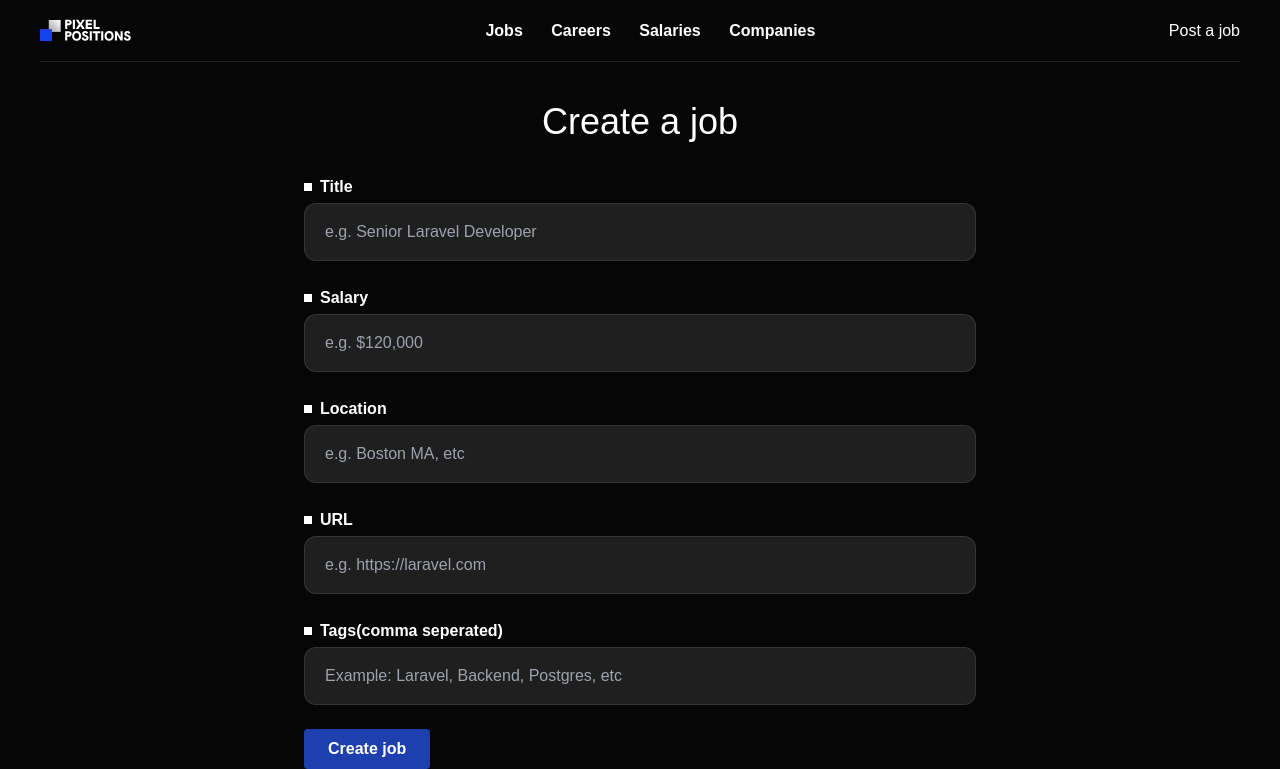
Repository: aggepap/pixel-positions-laravel
Page: http://localhost/jobs/create
An editor plug-in stored every save of this project. The page is shown before and after the next save, followed by the edit.
The browser window is 1280 px wide. The pictures show the whole page.
Some web fonts or font styles are not loaded; a fallback is used. The page is served by the project's Laravel application, run on PHP 8.4 with Laravel 12. A made-up administrator, Test User (test@example.com), is signed in. Other server files are loaded and not shown. Style sheets and scripts are compiled from the project's sources, by tool versions that may differ from the author's.

Above is the page before, as saved 2025-02-22 23:18:37.

### routes/web.php
<?php

use App\Http\Controllers\AuthenticatedSessionController;
use App\Http\Controllers\JobController;
use App\Http\Controllers\RegisteredUserController;
use App\Http\Controllers\SearchController;
use App\Http\Controllers\TagController;
use Illuminate\Support\Facades\Route;

Route::get('/', [JobController::class, 'index'])->name('home');

Route::get('/jobs/create', [JobController::class, 'create'])->middleware('auth');
Route::post('/jobs', [JobController::class, 'store'])->middleware('auth');

Route::get('/search', SearchController::class);
Route::get('/tags/{tag:name}', TagController::class);

Route::middleware('guest')->group(function () {
    Route::get('/register', [RegisteredUserController::class, 'create']);
    Route::post('/register', [RegisteredUserController::class, 'store']);
    Route::get('/login', [AuthenticatedSessionController::class, 'create']);
    Route::post('/login', [AuthenticatedSessionController::class, 'store']);
});
Route::delete('/logout', [AuthenticatedSessionController::class, 'destroy'])->middleware('auth');

### app/Http/Controllers/SearchController.php
<?php

namespace App\Http\Controllers;

use App\Models\Job;
use Illuminate\Http\Request;

class SearchController extends Controller
{
    public function __invoke()
    {
        $filteredJobs = Job::where('title', 'like', '%' . request('q') . '%')->get();
        return view('jobs.results', [
            'jobs' => $filteredJobs
        ]);
    }
}

### app/Http/Controllers/TagController.php
<?php

namespace App\Http\Controllers;

use App\Models\Tag;
use Illuminate\Http\Request;

class TagController extends Controller
{
    public function __invoke(Tag $tag)
    {
        return view('jobs.results', [
            'jobs' => $tag->jobs
        ]);
    }
}

### app/Models/User.php
<?php

namespace App\Models;

// use Illuminate\Contracts\Auth\MustVerifyEmail;
use Illuminate\Database\Eloquent\Factories\HasFactory;
use Illuminate\Foundation\Auth\User as Authenticatable;
use Illuminate\Notifications\Notifiable;

class User extends Authenticatable
{
    /** @use HasFactory<\Database\Factories\UserFactory> */
    use HasFactory, Notifiable;

    /**
     * The attributes that are mass assignable.
     *
     * @var list<string>
     */
    protected $fillable = [
        'name',
        'email',
        'password',
    ];

    /**
     * The attributes that should be hidden for serialization.
     *
     * @var list<string>
     */
    protected $hidden = [
        'password',
        'remember_token',
    ];

    /**
     * Get the attributes that should be cast.
     *
     * @return array<string, string>
     */
    protected function casts(): array
    {
        return [
            'email_verified_at' => 'datetime',
            'password' => 'hashed',
        ];
    }

    public function employer()
    {
        return $this->hasOne(Employer::class);
    }
}

### app/Http/Controllers/JobController.php
<?php

namespace App\Http\Controllers;

use App\Models\Job;
use App\Http\Requests\StoreJobRequest;
use App\Http\Requests\UpdateJobRequest;
use App\Models\Tag;

class JobController extends Controller
{
    /**
     * Display a listing of the resource.
     */
    public function index()
    {
        $jobs = Job::latest()->get()->groupBy("isFeatured");

        return view('jobs.index', [

            'featuredJobs' => $jobs[0],
            'jobs' =>  $jobs[1],
            'tags' => Tag::all(),
        ]);
    }

    /**
     * Show the form for creating a new resource.
     */
    public function create()
    {
        return view('jobs.create');
    }

    /**
     * Store a newly created resource in storage.
     */
    public function store(StoreJobRequest $request)
    {
        //
    }

    /**
     * Display the specified resource.
     */
    public function show(Job $job)
    {
        //
    }

    /**
     * Show the form for editing the specified resource.
     */
    public function edit(Job $job)
    {
        //
    }

    /**
     * Update the specified resource in storage.
     */
    public function update(UpdateJobRequest $request, Job $job)
    {
        //
    }

    /**
     * Remove the specified resource from storage.
     */
    public function destroy(Job $job)
    {
        //
    }
}

### resources/views/jobs/create.blade.php
<x-layout>
<x-page-heading>Create a job</x-page-heading>

<x-forms.form method="POST" action="/jobs">

<x-forms.input label="Title" type="text" name="title" placeholder="e.g. Senior Laravel Developer" />
<x-forms.input label="Salary" type="salary" name="title"  placeholder="e.g. $120,000" />
<x-forms.input label="Location" type="text" name="title"  placeholder="e.g. Boston MA, etc" />
<x-forms.input label="URL" type="url" name="url" placeholder="e.g. https://laravel.com" />
<x-forms.input label="Tags(comma seperated)" name="tags" placeholder="Example: Laravel, Backend, Postgres, etc" />
<x-forms.button>Create job</x-forms.button>
</x-forms.form>

</x-layout>

### resources/views/components/page-heading.blade.php

<h1 class="font-bold, text-center text-4xl mb-8">{{$slot}}</h1>

### resources/views/components/forms/label.blade.php
@props(['name', 'label'])

<div class="inline-flex items-center gap-2">
    <span class="w-2 h-2 bg-white inline-block"></span>
    <label class="font-bold" for="{{ $name }}">{{ $label }}</label>
</div>

### resources/views/components/forms/button.blade.php
<button {{ $attributes(['class' => 'bg-blue-800 rounded py-2 px-6 font-bold']) }}>{{ $slot }}</button>

### resources/views/components/layout.blade.php
<!DOCTYPE html>
<html lang="en">
<head>
  <meta charset="UTF-8">
  <meta name="viewport" content="width=device-width, initial-scale=1.0">
  <title>Pixel Positions</title>
  <link rel="preconnect" href="https://fonts.googleapis.com">
<link rel="preconnect" href="https://fonts.gstatic.com" crossorigin>
<link href="https://fonts.googleapis.com/css2?family=Hanken+Grotesk:ital,wght@400;500;600&display=swap" rel="stylesheet">
  @vite(['resources/js/app.js', 'resources/css/app.css'])
</head>
<body class="bg-black text-white font-hanken">
  <div class="px-10">
    <nav class="flex justify-between items-center py-4 border-b border-white/10">
      <div class="">
        <a href="/"> <img src="{{Vite::asset('resources/images/logo.svg')}}" alt="Logo"></a>

      </div>
      <div class="space-x-6 font-bold"><a href="#">Jobs</a>
      <a href="#">Careers</a>
      <a href="#">Salaries</a>
       <a href="#">Companies</a>
      </div>
      @auth
      <div class=""><a href="/jobs/create">Post a job</a></div>
      @endauth
      @guest
        <div class="/login"><a href="/login">Login</a></div>
        <div class="/register"><a href="/register">Register</a></div>
      @endguest
    </nav>
    <main class="mt-10 max-w-[986px] mx-auto">{{$slot}}</main>
  </div>
</body>
</html>

### resources/images/logo.svg
<svg width="92" height="29" viewBox="0 0 92 29" fill="none" xmlns="http://www.w3.org/2000/svg">
    <path fill="url(#eq4u6l1jfa)" d="M8.787 4.021h11.877v11.877H8.787z"/>
    <path fill="#1544EF" d="M0 13.107h11.877v11.877H0z"/>
    <path d="M25.16 13V3.653h3.285c2.159 0 3.245.899 3.245 2.75 0 1.863-1.113 2.842-3.245 2.842H27.25V13H25.16zm2.091-5.686h.979c.858 0 1.354-.134 1.354-.885 0-.71-.429-.845-1.354-.845h-.979v1.73zM32.846 13V3.653h2.106V13h-2.106zm2.988 0 3.044-4.64-3.057-4.707h2.521L40.34 6.9l1.998-3.246h2.508L41.788 8.36 44.846 13h-2.521l-1.998-3.124L38.355 13h-2.52zm9.872 0V3.653h6.276v1.931h-4.17v1.61h3.969v1.944h-3.97v1.931h4.17V13h-6.275zm7.936 0V3.653h2.105v7.416h3.836V13h-5.941zM25.16 24.574v-9.347h3.285c2.159 0 3.245.898 3.245 2.75 0 1.863-1.113 2.842-3.245 2.842H27.25v3.755H25.16zm2.091-5.686h.979c.858 0 1.354-.134 1.354-.885 0-.71-.429-.845-1.354-.845h-.979v1.73zm9.367 5.927c-2.71 0-4.573-1.971-4.573-4.908 0-2.95 1.864-4.921 4.573-4.921 2.735 0 4.586 1.957 4.586 4.921 0 2.95-1.878 4.908-4.586 4.908zm0-2.011c1.515 0 2.467-1.113 2.467-2.897 0-1.797-.952-2.91-2.467-2.91-1.502 0-2.468 1.086-2.468 2.91 0 1.81.966 2.897 2.468 2.897zm8.63 1.97c-1.944 0-3.472-1.166-3.754-2.95l2.092-.522c.094 1.1.764 1.609 1.703 1.609.684 0 1.247-.335 1.247-1.046 0-.43-.429-.751-1.65-1.247-1.997-.805-2.721-1.542-2.721-2.977 0-1.556 1.22-2.655 3.057-2.655 1.3 0 2.347.603 2.95 1.81l-1.743 1.086c-.282-.684-.738-1.032-1.274-1.032-.483 0-.885.308-.885.75 0 .456.362.778 1.703 1.301 2.011.778 2.655 1.449 2.655 2.776 0 1.85-1.475 3.098-3.38 3.098zm4.478-.2v-9.347h2.106v9.347h-2.106zm5.724 0v-7.416h-2.736v-1.931h7.59v1.931h-2.722v7.416H55.45zm5.735 0v-9.347h2.105v9.347h-2.105zm7.91.241c-2.71 0-4.573-1.971-4.573-4.908 0-2.95 1.864-4.921 4.573-4.921 2.735 0 4.586 1.957 4.586 4.921 0 2.95-1.878 4.908-4.586 4.908zm0-2.011c1.515 0 2.467-1.113 2.467-2.897 0-1.797-.952-2.91-2.467-2.91-1.502 0-2.468 1.086-2.468 2.91 0 1.81.966 2.897 2.468 2.897zm11.487-7.577h2.105v9.347h-2.159l-3.513-5.726v5.726h-2.106v-9.347h2.146l3.527 5.7v-5.7zm6.848 9.548c-1.945 0-3.473-1.167-3.755-2.95l2.092-.523c.094 1.1.764 1.609 1.703 1.609.684 0 1.247-.335 1.247-1.046 0-.43-.429-.751-1.65-1.247-1.997-.805-2.721-1.542-2.721-2.977 0-1.556 1.22-2.655 3.057-2.655 1.3 0 2.347.603 2.95 1.81l-1.743 1.086c-.282-.684-.738-1.032-1.274-1.032-.483 0-.885.308-.885.75 0 .456.362.778 1.703 1.301 2.011.778 2.655 1.449 2.655 2.776 0 1.85-1.475 3.098-3.38 3.098z" fill="#fff"/>
    <defs>
        <linearGradient id="eq4u6l1jfa" x1="20.5" y1="4" x2="8" y2="16.5" gradientUnits="userSpaceOnUse">
            <stop stop-color="#fff"/>
            <stop offset="1" stop-color="#999"/>
        </linearGradient>
    </defs>
</svg>

### tailwind.config.js
import defaultTheme from "tailwindcss/defaultTheme";

/** @type {import('tailwindcss').Config} */
export default {
    content: [
        "./vendor/laravel/framework/src/Illuminate/Pagination/resources/views/*.blade.php",
        "./storage/framework/views/*.php",
        "./resources/**/*.blade.php",
        "./resources/**/*.js",
        "./resources/**/*.vue",
    ],
    theme: {
        extend: {
            fontFamily: {
                sans: ["Figtree", ...defaultTheme.fontFamily.sans],
            },
            colors: {
                black: "#060606",
            },
            fontFamily: {
                hanken: ["Hanken", "sans-serif"],
            },
            fontSize: {
                "2xs": "0.625rem",
            },
        },
    },
    plugins: [],
};

Loaded but not shown: app/Providers/AppServiceProvider.php (common file); app/Http/Controllers/Controller.php (common file); resources/views/components/forms/input.blade.php (common file); resources/views/components/forms/field.blade.php (common file); resources/views/components/forms/error.blade.php (common file); resources/views/components/forms/form.blade.php (common file); resources/css/app.css (common file); resources/views/components/forms/select.blade.php (common file)

After the next save:
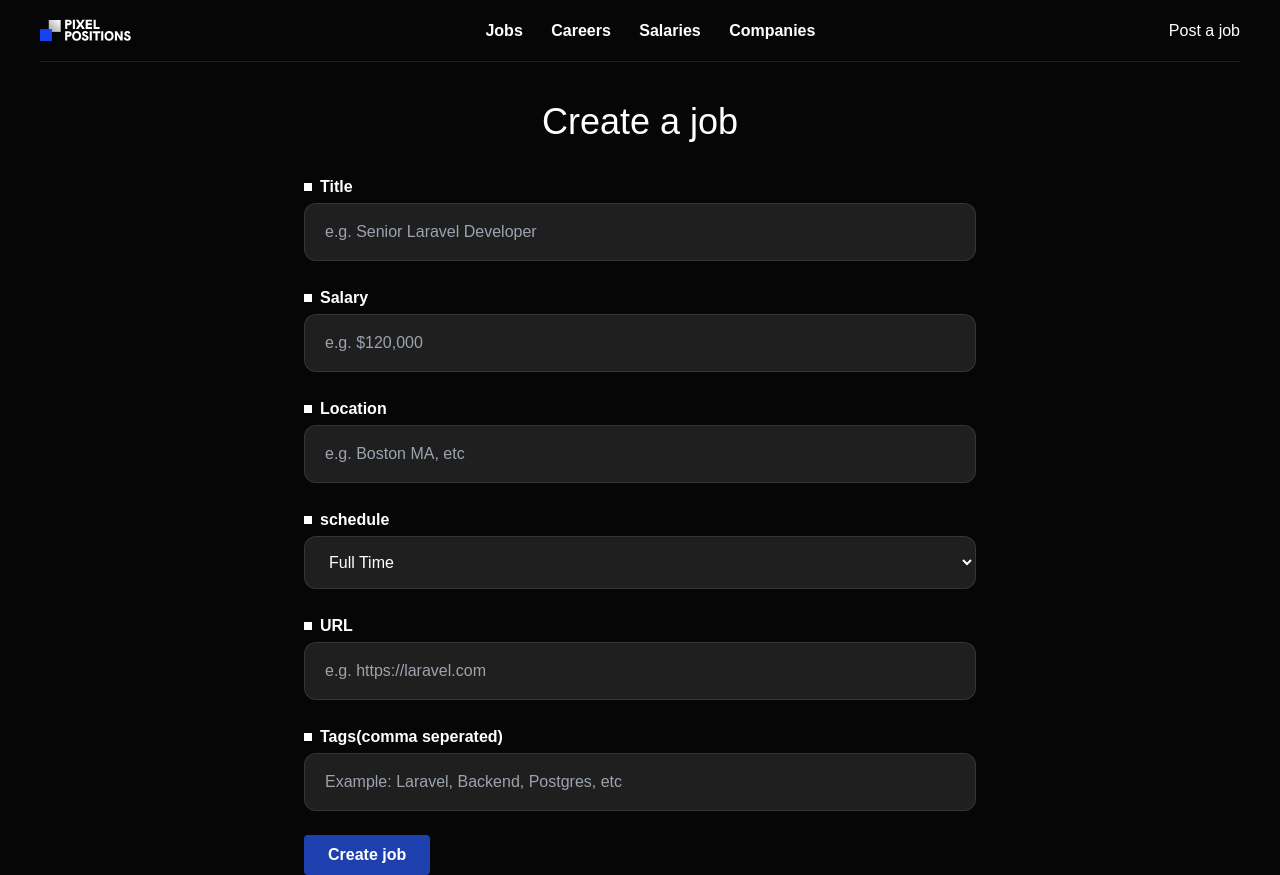
Saved 61 s later.
--- a/resources/views/jobs/create.blade.php
+++ b/resources/views/jobs/create.blade.php
@@ -6,6 +6,11 @@
 <x-forms.input label="Title" type="text" name="title" placeholder="e.g. Senior Laravel Developer" />
 <x-forms.input label="Salary" type="salary" name="title"  placeholder="e.g. $120,000" />
 <x-forms.input label="Location" type="text" name="title"  placeholder="e.g. Boston MA, etc" />
+<x-forms.select label="schedule" name="schedule">
+<option value="Full Time">Full Time</option>
+<option value="Part Time">Part Time</option>
+<option value="Contract">Contract</option>
+  </x-forms.select>
 <x-forms.input label="URL" type="url" name="url" placeholder="e.g. https://laravel.com" />
 <x-forms.input label="Tags(comma seperated)" name="tags" placeholder="Example: Laravel, Backend, Postgres, etc" />
 <x-forms.button>Create job</x-forms.button>
